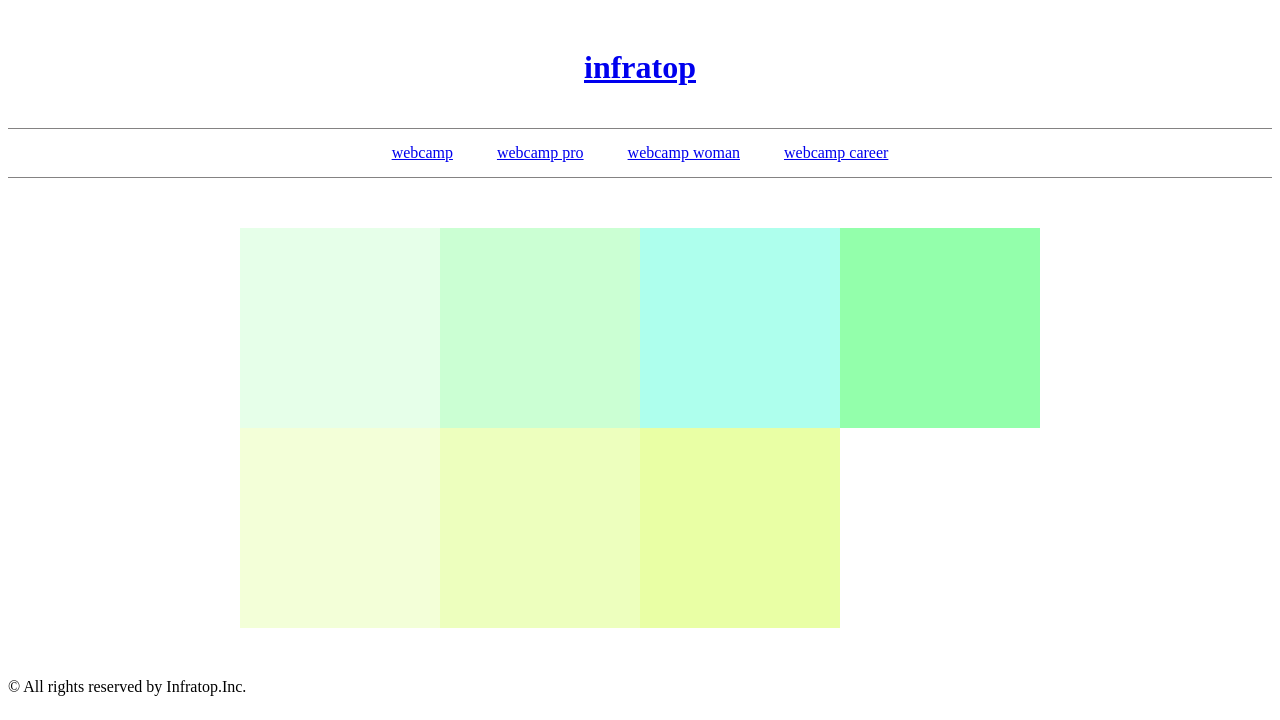
Repository: ego-boosting/html-practice1
Page: chapter5/index.html
The author's editor kept a record of every edit. The page is drawn from the files as they stood at one moment, then again after the next edit.
The browser window is 1280 px wide. The pictures show the whole page.

Above is the page before.

After the next edit:
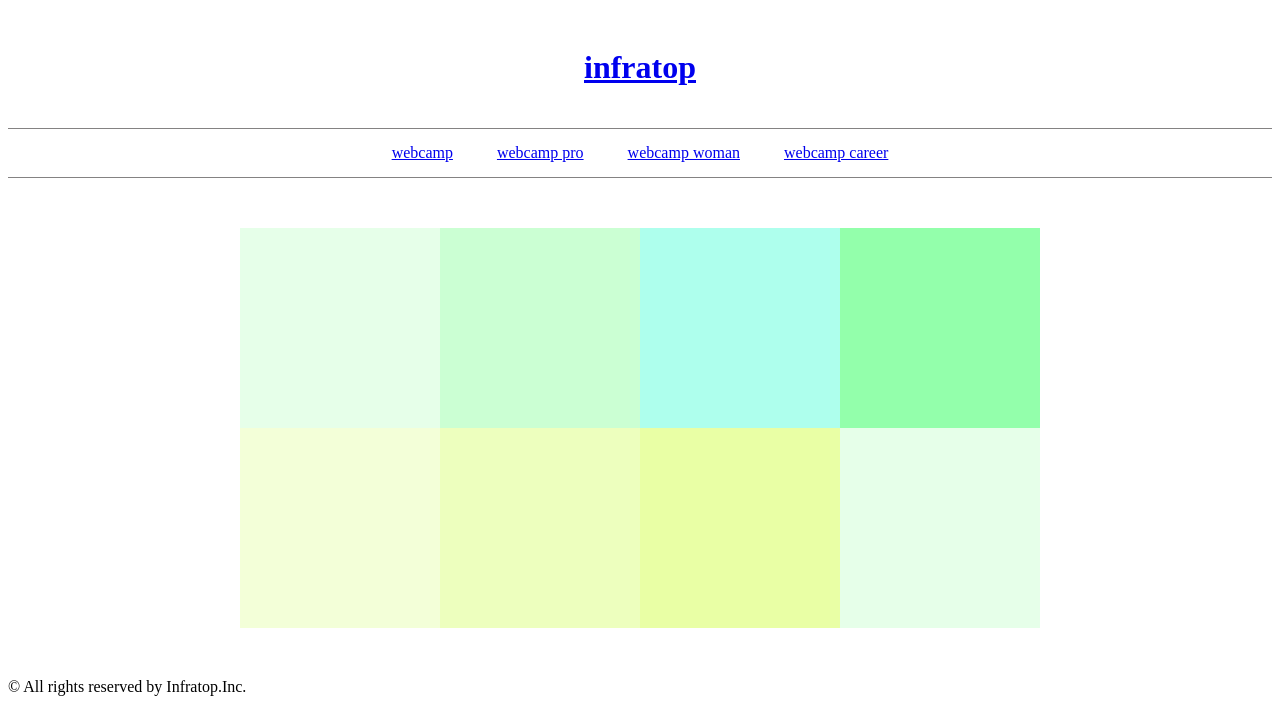
The edit:
--- a/chapter5/style.css
+++ b/chapter5/style.css
@@ -72,7 +72,7 @@
   background-color:#e9ffa5;
 }
 
-.box1{
+.box8{
   width:200px;
   height:200px;
   background-color:#e6ffe9;
